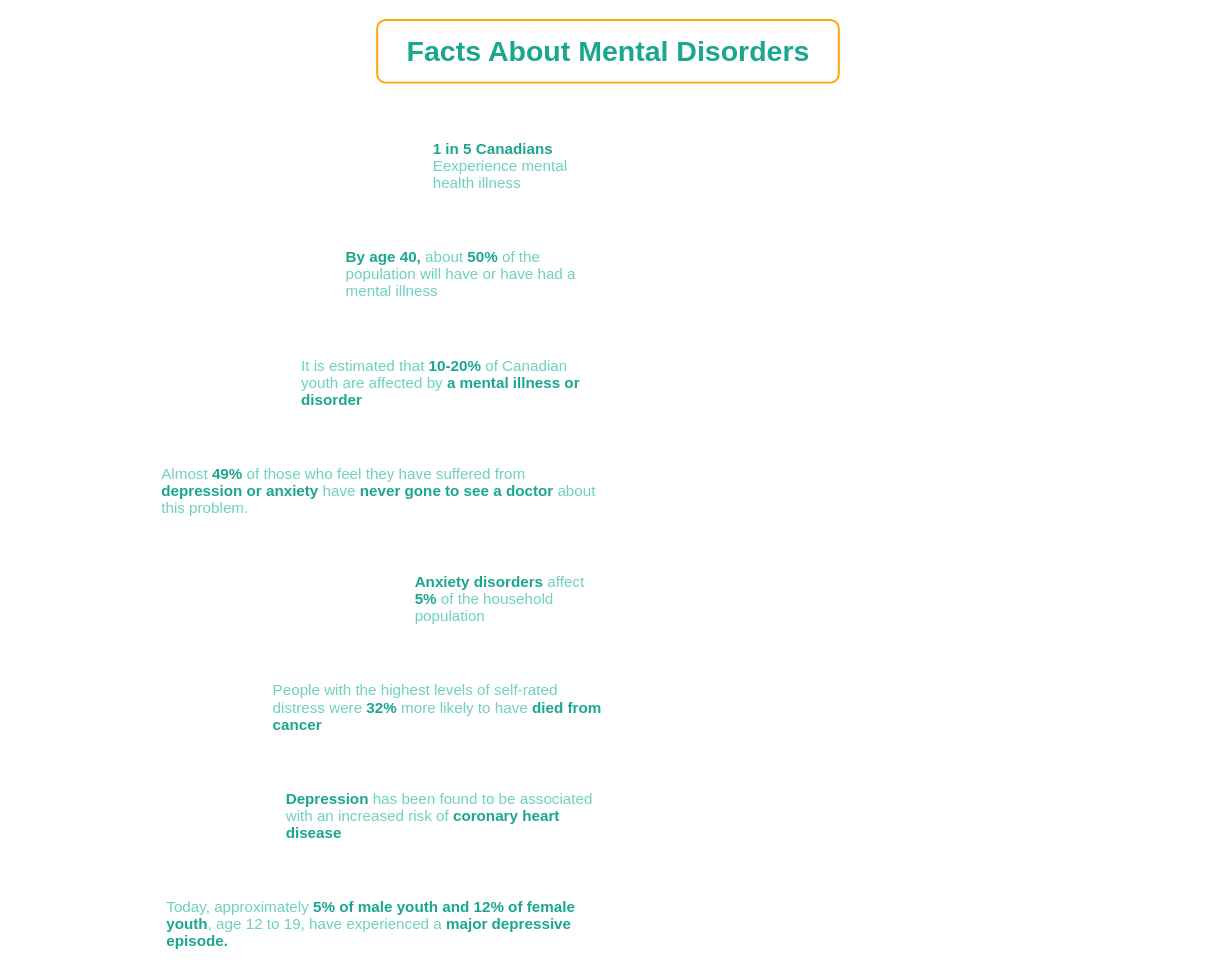
Repository: zzs1/2109-Dynamic-Content-Project
Page: joyce_code/index.html
The author's editor kept a copy of each file at every save. The page is drawn from the files as they stood at one save, then again after the next save.
The browser window is 1280 px wide. The pictures show the whole page, at 95% of full size.
Some web fonts or font styles are not loaded; a fallback is used.

Above is the page before, as saved 2021-03-08 20:58:04.

### joyce_code/index.html
<!DOCTYPE html>
<html>
  <head>
    <meta charset="UTF-8">
    <title>. </title>
    <link href="style.css" type="text/css" rel="stylesheet">
    <link href="https://fonts.googleapis.com/css2?family=Saira+Semi+Condensed:wght@500&display=swap" rel="stylesheet">
  </head>
  <body>
      <div id="main">

        <h3 id="heading"> Facts About Mental Disorders </h3>

        <div
        <div class="boxes" id="box1">
              <div class="text"><strong class="keyword">1 in 5 Canadians</strong> Eexperience mental health illness  </div>
              <div class="pic"></div>
        </div>

        <div class="boxes"  id="box2">
              <div class="pic"></div>
              <div class="text"><strong class="keyword">By age 40,</strong>
                about <div class="highlight">50%</div>  of the population will have or have had a mental illness  </div>
        </div>

        <div class="boxes" id="box3">
              <div class="text">It is estimated that <strong class="keyword">10-20% </strong> of Canadian youth are affected by <div class="highlight">a mental illness or disorder</div> </div>
              <div class="pic"></div>
        </div>

        <div class="boxes"  id="box4">
            <div class="pic"></div>
            <div class="text">Almost <strong class="keyword">49% </strong>of those who feel they have suffered from<strong class="keyword"> depression or anxiety</strong> have <strong class="keyword">never gone to see a doctor</strong> about this problem.</div>
        </div>

        <div class="boxes"  id="box5">
          <div class="text"><strong class="keyword">Anxiety disorders</strong> affect <strong class="keyword">5%</strong> of the household population </div>
          <div class="pic"></div>
        </div>

        <div class="boxes" id="box6">
          <div class="pic"></div>
          <div class="text">People with the highest levels of self-rated distress were <strong class="keyword">32%</strong> more likely to have <strong class="keyword">died from cancer</strong></div>
        </div>

        <div class="boxes" id="box7">
          <div class="text"><strong class="keyword">Depression </strong>has been found to be associated with an increased risk of <strong class="keyword">coronary heart disease</strong></div>
          <div class="pic"></div>
        </div>

        <div class="boxes" id="box8">
          <div class="text">Today, approximately <strong class="keyword">5% of male youth and 12% of female youth</strong>, age 12 to 19, have experienced a <strong class="keyword">major depressive episode.</strong></div>
          <div class="pic"></div>
        </div>

      </div>
      <!--
      <script src="index.js"></script>
      -->
      </body>
      </html>

### joyce_code/style.css
html, body{
    margin:0;
    font-family: 'Saira Semi Condensed', sans-serif;

}

#main{
    width:100vw;
    height:100vh;
    display:flex;
    flex-direction:column;
    align-self: start;
    align-items:center;

}

#heading{
    margin-top: 20px;
    font-size: 30px;
    color:#1BA68F;
    border:2px solid  orange;
    max-height:30%;
    max-width: 80%;
    padding:15px 30px;
    border-radius: 10px;
}

.boxes{
    padding:30px;
    max-height:40%;
    max-width: 80%;
    display: flex;
    flex-direction:column;
}
.text{
    display: inline;
    max-width: 50%;
    color:#6ED1BF;
}

.picture{
    width: 50%;
}

.keyword{
    color:#1BA68F;
}

.highlight{
    display: inline;
    color:#1BA68F;
    font-size: 16px;
    font-weight: bold;
}

After the next save:
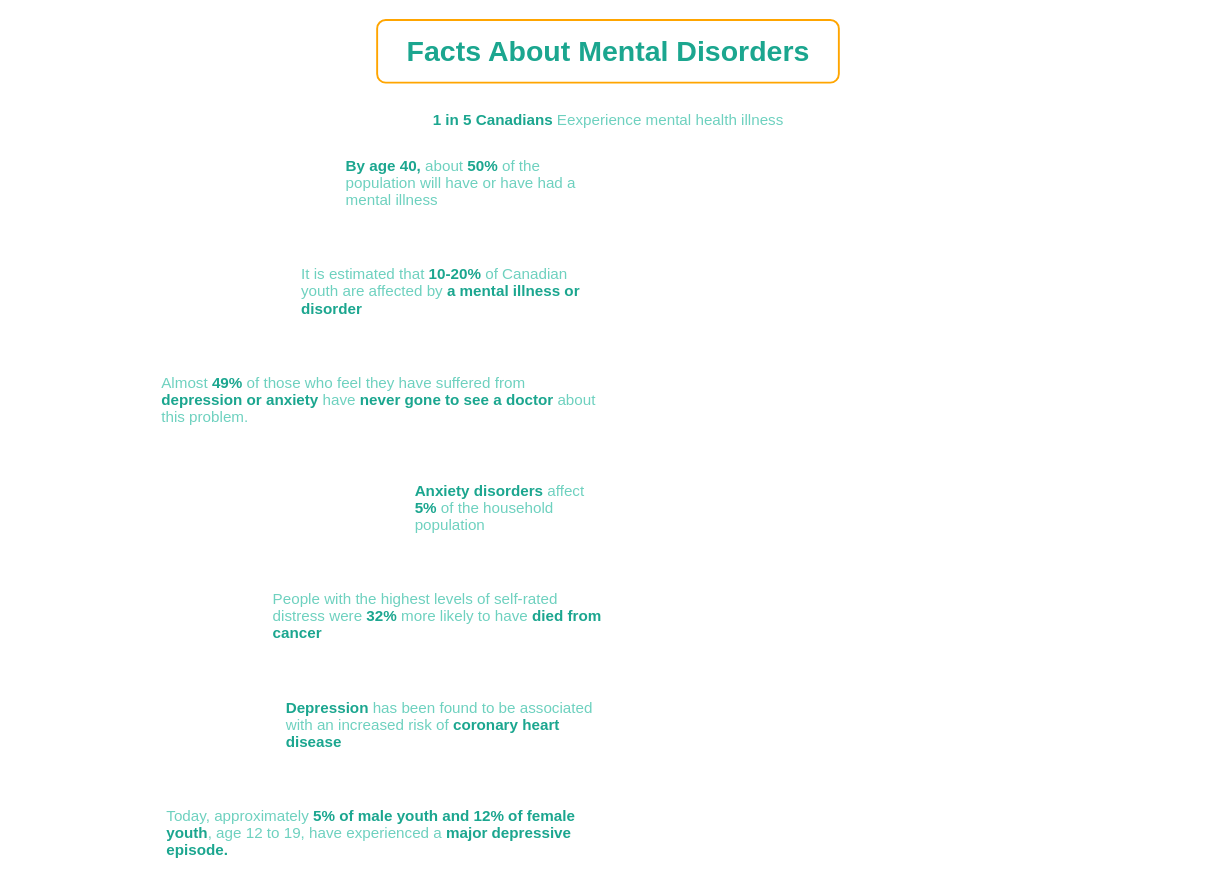
Saved 5 s later.
--- a/joyce_code/index.html
+++ b/joyce_code/index.html
@@ -11,7 +11,7 @@
 
         <h3 id="heading"> Facts About Mental Disorders </h3>
 
-        <div
+        <div class=
         <div class="boxes" id="box1">
               <div class="text"><strong class="keyword">1 in 5 Canadians</strong> Eexperience mental health illness  </div>
               <div class="pic"></div>

After the 2 saves that followed:
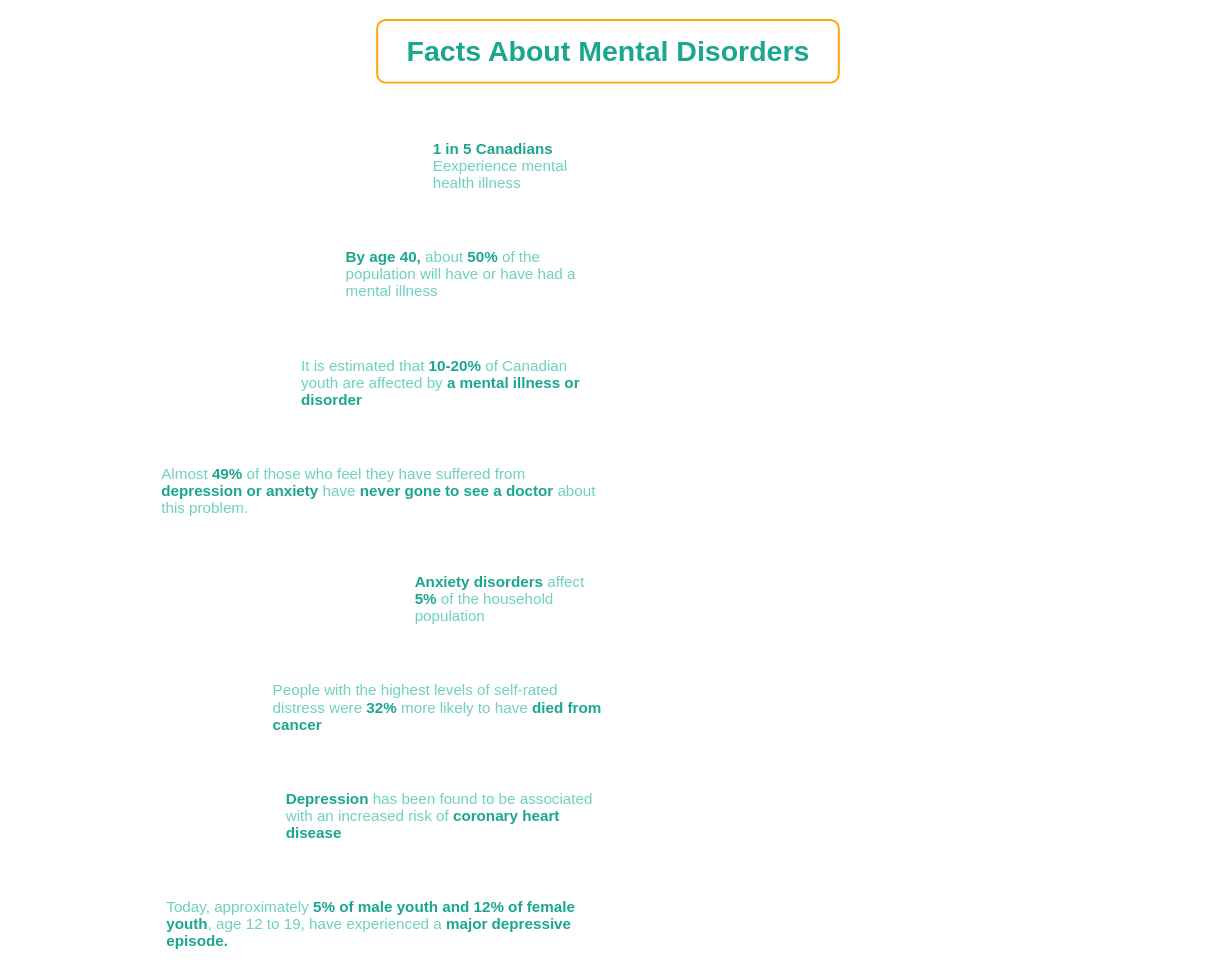
The 2 saves are shown as one change because 1 left the picture as it was.
The last was saved 10 s later.
--- a/joyce_code/index.html
+++ b/joyce_code/index.html
@@ -11,7 +11,7 @@
 
         <h3 id="heading"> Facts About Mental Disorders </h3>
 
-        <div class=
+        <div class="container"></div>
         <div class="boxes" id="box1">
               <div class="text"><strong class="keyword">1 in 5 Canadians</strong> Eexperience mental health illness  </div>
               <div class="pic"></div>
